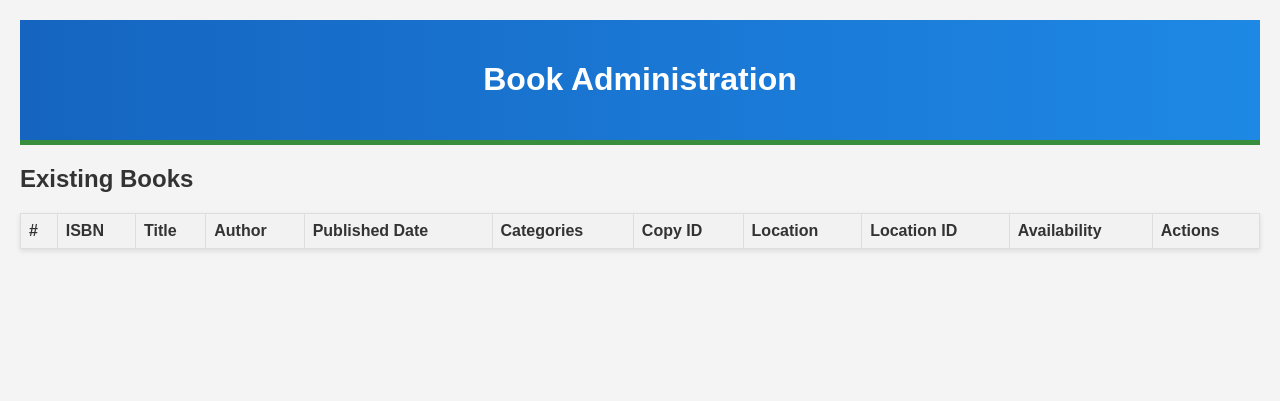
Repository: grebail/Comp-FYP
Page: public/book_admin.html
The author's editor kept a copy of each file at every save. The page is drawn from the files as they stood at one save, then again after the next save.
The browser window is 1280 px wide. The pictures show the whole page.
The page's requests for data from a server got no answer.

Above is the page before, as saved 2025-02-12 18:20:41.

### public/book_admin.html
<!DOCTYPE html>
<html lang="en">

<head>
    <meta charset="UTF-8">
    <meta name="viewport" content="width=device-width, initial-scale=1.0">
    <title>Book Administration</title>
    <script src="https://code.jquery.com/jquery-3.6.0.min.js"></script>
    <style>
        body {
            font-family: Arial, sans-serif;
            margin: 0;
            padding: 20px;
            background-color: #f4f4f4;
            color: #333;
        }

        header {
            background: linear-gradient(to right, #1565c0, #1e88e5);
            color: white;
            padding: 20px;
            text-align: center;
            border-bottom: 5px solid #388e3c;
        }

        table {
            width: 100%;
            border-collapse: collapse;
            margin-top: 20px;
            background-color: white;
            box-shadow: 0 2px 5px rgba(0, 0, 0, 0.1);
        }

        th, td {
            border: 1px solid #ddd;
            padding: 8px;
            text-align: left;
        }

        th {
            background-color: #f2f2f2;
        }

        tr:nth-child(even) {
            background-color: #f9f9f9;
        }

        tr:hover {
            background-color: #f1f1f1;
        }

        .action-button {
            padding: 5px 10px;
            margin-right: 5px;
            cursor: pointer;
            border: none;
            border-radius: 5px;
        }

        .edit-button {
            background-color: #ff9800;
            color: white;
        }

        .delete-button {
            background-color: #f44336;
            color: white;
        }

        .group-row {
            background-color: #e3f2fd;
            font-weight: bold;
        }
    </style>
</head>

<body>
    <header>
        <h1>Book Administration</h1>
    </header>

    <main>
        <section>
            <h2>Existing Books</h2>
            <table id="booksTable">
                <thead>
                    <tr>
                        <th>#</th>
                        <th>ISBN</th>
                        <th>Title</th>
                        <th>Author</th>
                        <th>Published Date</th>
                        <th>Categories</th>
                        <th>Copy ID</th>
                        <th>Location</th>
                        <th>Location ID</th>
                        <th>Availability</th>
                        <th>Actions</th>
                    </tr>
                </thead>
                <tbody>
                    <!-- Existing book entries will be populated here -->
                </tbody>
            </table>
        </section>
    </main>

    <script>
        function appendGroupedBooksToTable(groupedBooks) {
            const tbody = $('#booksTable tbody');
            tbody.empty(); // Clear existing rows

            Object.keys(groupedBooks).forEach(isbn => {
                const group = groupedBooks[isbn];
                let copyIndex = 1; // Start numbering copies for this group

                // Add a group header row (shared details for all copies of the book)
                tbody.append(`
                    <tr class="group-row">
                        <td></td>
                        <td>${isbn}</td>
                        <td>${group.title || 'N/A'}</td>
                        <td>${group.authors.join(', ') || 'N/A'}</td>
                        <td>${group.publishedDate || 'N/A'}</td>
                        <td>${group.categories.join(', ') || 'N/A'}</td>
                        <td colspan="5"></td>
                    </tr>
                `);

                // Add rows for each copy in the group
                group.copies.forEach(copy => {
                    tbody.append(`
                        <tr>
                            <td>${copyIndex++}.</td>
                            <td colspan="1"></td>
                            <td colspan="1"></td>
                            <td colspan="1"></td>
                            <td colspan="1"></td>
                            <td colspan="1"></td>
                            <td>${copy.copyId}</td>
                            <td><input type="text" class="location-input" value="${copy.bookLocation}" disabled></td>
                            <td><input type="text" class="location-id-input" value="${copy.locationId}" disabled></td>
                            <td><input type="checkbox" class="availability-input" ${copy.availability ? 'checked' : ''} disabled></td>
                            <td>
                                <button class="edit-button" data-copyid="${copy.copyId}">Edit</button>
                                <button class="delete-button" data-copyid="${copy.copyId}">Delete</button>
                            </td>
                        </tr>
                    `);
                });
            });
        }

        function loadBooksGroupedByISBN() {
            const token = localStorage.getItem('token');

            // Fetch books from the server
            $.ajax({
                url: '/api/admin_books',
                method: 'GET',
                headers: { 'Authorization': `Bearer ${token}` },
                success: function (data) {
                    const groupedBooks = {};

                    // Group books by ISBN
                    data.forEach(book => {
                        const isbn = book.isbn;

                        if (!groupedBooks[isbn]) {
                            groupedBooks[isbn] = {
                                title: book.title,
                                authors: book.author,
                                publishedDate: book.publishedDate ? new Date(book.publishedDate).toLocaleDateString() : 'N/A',
                                categories: book.categories || [],
                                copies: []
                            };
                        }

                        groupedBooks[isbn].copies.push({
                            copyId: book._id,
                            bookLocation: book.bookLocation,
                            locationId: book.locationId,
                            availability: book.availability
                        });
                    });

                    // Append grouped books to the table
                    appendGroupedBooksToTable(groupedBooks);
                },
                error: function (error) {
                    console.error('Error loading books:', error);
                    alert('Failed to load books.');
                }
            });
        }

        $(document).on('click', '.edit-button', function () {
            const row = $(this).closest('tr');
            row.find('input, select').prop('disabled', false);
        });

        $(document).on('click', '.delete-button', function () {
            const copyId = $(this).data('copyid');
            const token = localStorage.getItem('token');

            if (confirm('Are you sure you want to delete this book copy?')) {
                $.ajax({
                    url: `/api/admin_books/${copyId}`,
                    method: 'DELETE',
                    headers: { 'Authorization': `Bearer ${token}` },
                    success: function () {
                        alert('Book copy deleted successfully!');
                        loadBooksGroupedByISBN();
                    },
                    error: function () {
                        alert('Failed to delete book copy.');
                    }
                });
            }
        });

        $(document).ready(function () {
            loadBooksGroupedByISBN();
        });
    </script>
</body>

</html>

After the next save:
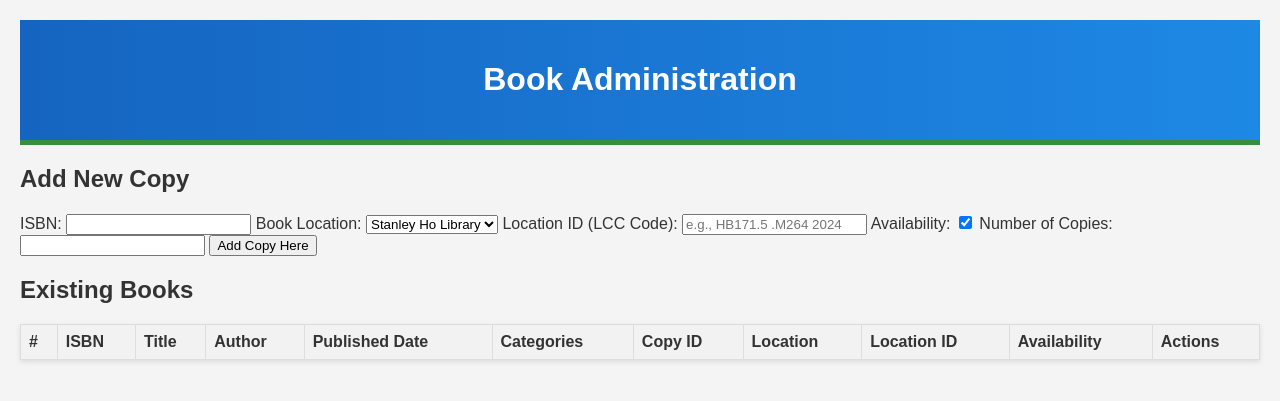
Saved 59 s later.
--- a/public/book_admin.html
+++ b/public/book_admin.html
@@ -80,6 +80,30 @@
     </header>
 
     <main>
+        <section>
+            <h2>Add New Copy</h2>
+            <form id="addBookForm">
+                <label for="isbn">ISBN:</label>
+                <input type="text" id="isbn" name="isbn" required>
+
+                <label for="bookLocation">Book Location:</label>
+                <select id="bookLocation" name="bookLocation" required>
+                    <option value="Stanley Ho Library">Stanley Ho Library</option>
+                    <option value="Ho Sik Yee Library">Ho Sik Yee Library</option>
+                </select>
+
+                <label for="locationId">Location ID (LCC Code):</label>
+                <input type="text" id="locationId" name="locationId" required placeholder="e.g., HB171.5 .M264 2024">
+
+                <label for="availability">Availability:</label>
+                <input type="checkbox" id="availability" name="availability" checked>
+
+                <label for="noOfCopy">Number of Copies:</label>
+                <input type="number" id="noOfCopy" name="noOfCopy" min="1" required>
+
+                <button type="submit">Add Copy Here</button>
+            </form>
+        </section>
         <section>
             <h2>Existing Books</h2>
             <table id="booksTable">
